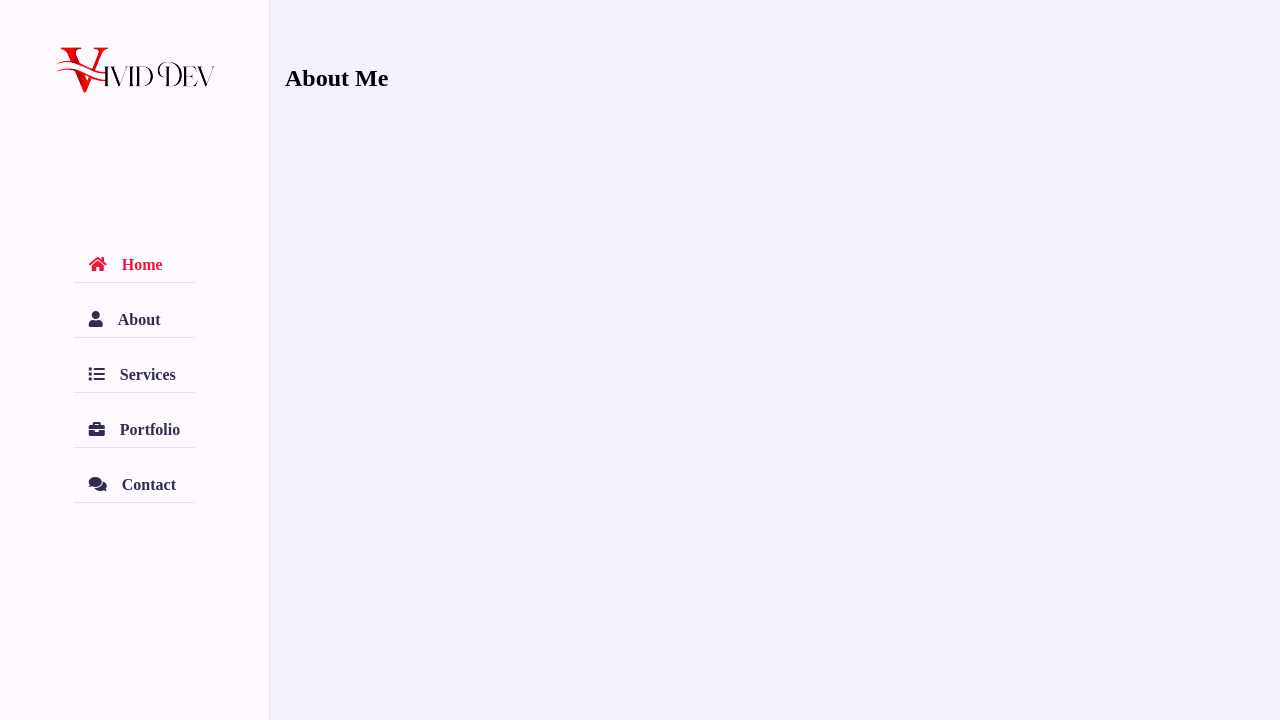
Repository: Big-Fave1/vivid-dev-portfolio
Page: build/index.html
The author's editor kept a copy of each file at every save. The page is drawn from the files as they stood at one save, then again after the next save.
The browser window is 1280 px wide. The pictures show the whole page.
Some web fonts or font styles are not loaded; a fallback is used.

Above is the page before, as saved 2025-05-30 13:01:05.

### build/index.html
<!DOCTYPE html>
<html lang="en">
<head>
    <meta charset="UTF-8">
    <meta name="viewport" content="width=device-width, initial-scale=1.0">
    <title>Vivid Dev Portfolio</title>
    <link rel="stylesheet" href="css/style.css">
    <link rel="stylesheet" href="css/color-1.css">
    <link rel="stylesheet" href="https://cdnjs.cloudflare.com/ajax/libs/font-awesome/5.15.4/css/all.min.css">
</head>
<body>
    <!--- ==== main container Start==== -->
    <div class="main-container"></div>
    <!--- ==== Aside Start === -->
    <div class="aside">
        <div class="logo">
        <a href="#"><img src="img/vivid 3.png" alt=""></a>
        </div>
        <div class="nav-toggler">
            <i class="fa fa-bars" aria-hidden="true"></i>
        </div>
        <ul class="nav">
            <li><a href="#" class="active"><i class="fa fa-home"></i>Home</a></li>
            <li><a href="#"><i class="fa fa-user"></i>About</a></li>
            <li><a href="#"><i class="fa fa-list"></i>Services</a></li>
            <li><a href="#"><i class="fa fa-briefcase"></i>Portfolio</a></li>
            <li><a href="#"><i class="fa fa-comments"></i>Contact</a></li>
        </ul>
    </div>
    <!--- ==== Aside End === -->
    <!--- ==== Main content Start === -->
    <div class="main-content">
        <!--- === Home Section Start === -->
        <section class="home section hidden">
            <div class="container">
                <div class="row">
                    <div class="home-info padd-15">
                        <h3 class="hello">Hello, my name is <span class="name">Favour Chimdiogo</span></h3>
                        <h3 class="my-profession">I'm a <Span class="typing">Web Developer</Span></h3>
                        <p>I'm a web designer with extensive experience for over a year.My expertise is to create a website design, and many more...</p>
                    <a href="#contact" class="btn hire-me">Hire Me</a>
                    </div>
                    <div class="home-img padd-15">
                        <img src="img/home image.jpg" alt="">
                    </div>
                </div>
            </div>
        </section>
    <!--- === Home Section End === -->
    <!--- === About  Section Start === -->
        <section class="about section">
            <div class="container">
                <div class="row">
                    <div class="section-title">
                        <h2>About Me</h2>
                    </div>
                </div>
            </div>
        </section>
    <!--- === About  Section End === -->
    </div>
    <!--- ==== Main content End === -->
    <!--- ====main container End === -->
</body>
</html>

### build/css/style.css

@import url('https://fonts.googleapis.com/css2?family=Clicker+Script&family=Poppins:ital,wght@0,100;0,200;0,300;0,400;0,500;0,600;0,700;0,800;0,900;1,100;1,200;1,300;1,400;1,500;1,600;1,700;1,800;1,900&display=swap');


:root
{
    --bg-black-900:#f2f2fc;
    --bg-black-100:#fdf9ff;
    --bg-black-50:#e8dfec;
    --text-black-900:#302e4d;
    --text-black-700:#504e70;

}

body
{
    line-height:1.5;
    font-size:16px;
    font-family: 'Poppins'sans-serif;
}

*
{
    margin: 0;
    padding: 0;
    outline:none;
    text-decoration:none;
    text-decoration:none;
    box-sizing: border-box;
}
::before, ::after
{
    box-sizing:border-box;
}
ul
{
    list-style: none;
}
.section
{
    background:var(--bg-black-900);
    min-height: 100vh;
    display: block;
    padding: 0 30px;
    opacity: 1;
}
.hidden
{
    display: none !important;
}
.main-content
{
    padding-left: 270px;
}
.padd-15
{
    padding-left: 15px;
    padding-right: 15px;
}
.container{
    max-width: 1100px;
    width: 100%;
    margin: auto;
}
.section .container
{
    padding-top: 60px;
    padding-bottom: 70px;

}
.row
{
    display: flex;
    flex-wrap: wrap;
    margin-left: -15px;
    margin-right: -15px;
    position: relative;
}
.btn
{
    font-size: 16px;
    font-weight: 500;
    padding: 12px 35px;
    background: var(--skin-color);
    color: white;
    border: none;
    display: inline-block;
    white-space: nowrap;
    transition: all 0.3s ease;
    border-radius:40px;
}
.btn:hover
{
    transform: scale(1.05);
}
/* aside */
.aside
{
width: 270px;
background:var(--bg-black-100);
position: fixed;
left: 0;
top: 0;
padding: 30px;
height: 100%;
border-right:1px solid var(--bg-black-50);
z-index: 10;
display: flex;
justify-content: center;
align-items: center;
}
.aside .logo
{
    position: absolute;
    top: -30px;
    ;
}
.aside .logo a
{
    color: var(--bg-black-900);
    font-weight: 700;
    padding: 15px 20px;
    font-size: 30px;
    position: relative;
}
/*.aside .logo a span
.aside .logo a:before
{
    content:'';
    position: absolute;
    width: 20px;
    height: 20px;
    border-bottom: 5px solid var(--skin-color);
    border-left: 5px solid var(--skin-color);
    bottom: 0;
    left: 0;

}
.aside .logo a:after
{
    content:'';
    position: absolute;
    width: 20px;
    height: 20px;
    border-top: 5px solid var(--skin-color);
    border-right: 5px solid var(--skin-color);
    top: 0;
    right: 0;

}
    */
.aside .nav-toggler
{
    height: 40px;
    width: 45px;
    border: 1px solid var(--bg-black-50);
    cursor: pointer;
    position: fixed;
    left: 300px;
    top: 20px;
    color: var(--skin-color);
    border-radius: 5px;
    background:var(--bg-black-100);
    display: none;
    align-items:center;
    justify-content: center;
}
.aside .nav
{
    margin-top: 50px;
}
.aside .nav li
{
    margin-bottom: 20px;
    display: block;
}
.aside .nav li a
{
    font-size: 16px;
    font-weight: 600;
    display: block;
    border-bottom:1px solid var(--bg-black-50);
    color:var(--text-black-900);
    padding: 5px 15px;
}
.aside .nav li a.active
{
    color:var(--skin-color);
}
.aside .nav li a i
{
    margin-right: 15px;

}
/* home*/
.home
{
    min-height: 100vh;
    display: flex;
    color: var(--text-black-900);

}
.home-info
{
    flex: 0 60%;
    max-width: 60%;
}
h3.hello
{
    font-size: 28px;
    margin: 15PX 0;
}
h3.hello span
{
    font-family: 'clicker script', cursive;
    font-size: 30px;
    font-weight: 700;
    color:var(--skin-color);
}
h3.my-profession
{
    font-size:30px;
    margin: 15px 0;
}
.typing
{
    color: var(--skin-color);
}
.home-info p
{
    margin-bottom: 70px;
    font-size: 20px;
    color: var(--text-black-700);
}
.home .home-img
{
    flex: 0 0 40%;
    max-width: 40%;
    text-align: center;
    position: relative;
}
.home-img::after
{
    content: '';
    position: absolute;
    height: 80px;
    width: 80px;
    right: 20px;
    bottom: -40px;
    border-bottom: 10px solid var(--skin-color);
    border-right: 10px solid var(--skin-color);
}
.home-img::before
{
    content: '';
    position: absolute;
    height: 80px;
    width: 80px;
    left: -20px;
    top: -40px;
    border-top: 10px solid var(--skin-color);
    border-left: 10px solid var(--skin-color);
}
.home .home-img img
{
    margin: auto;
    border-radius:5px;

    height: 400px;

}

### build/css/color-1.css

:root
{
    --skin-color:#ec1839;
}

After the next save:
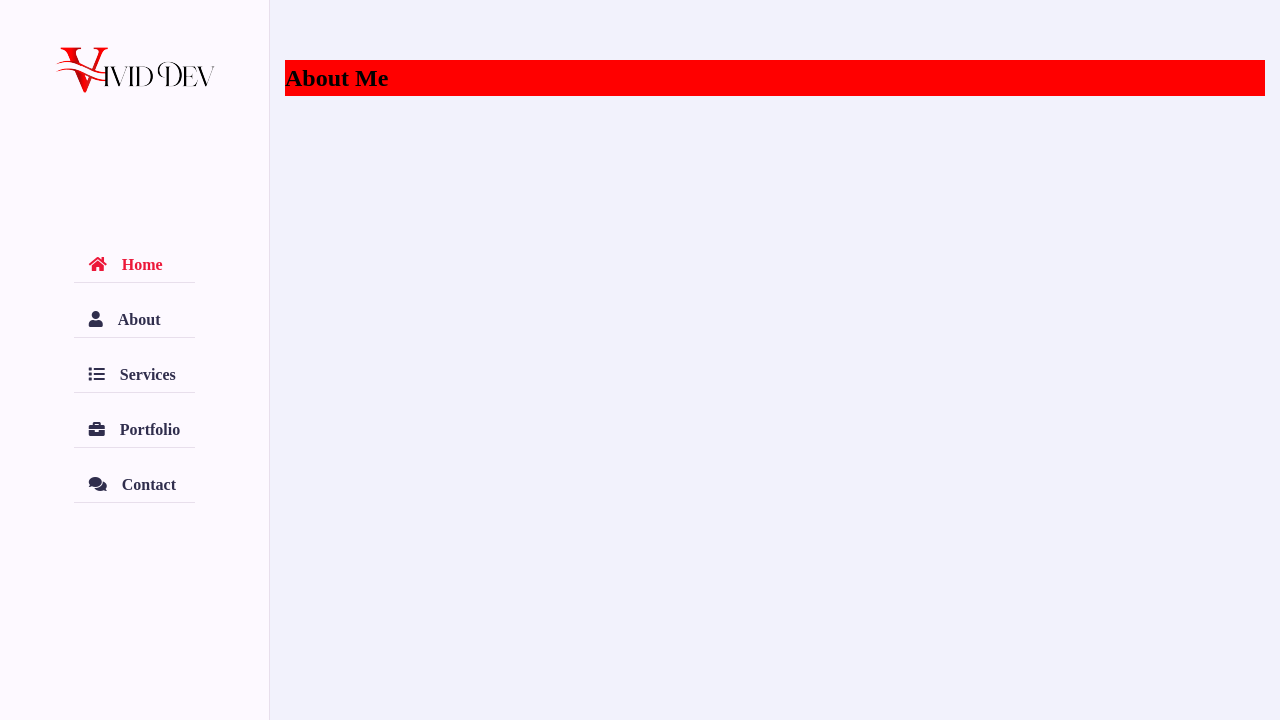
Saved 88 s later.
--- a/build/css/style.css
+++ b/build/css/style.css
@@ -66,6 +66,13 @@ ul
 {
     padding-top: 60px;
     padding-bottom: 70px;
+
+}
+.section-title
+{
+    flex: 0 0 100%;
+    max-width: 100%;
+    background-color: red;
 
 }
 .row
